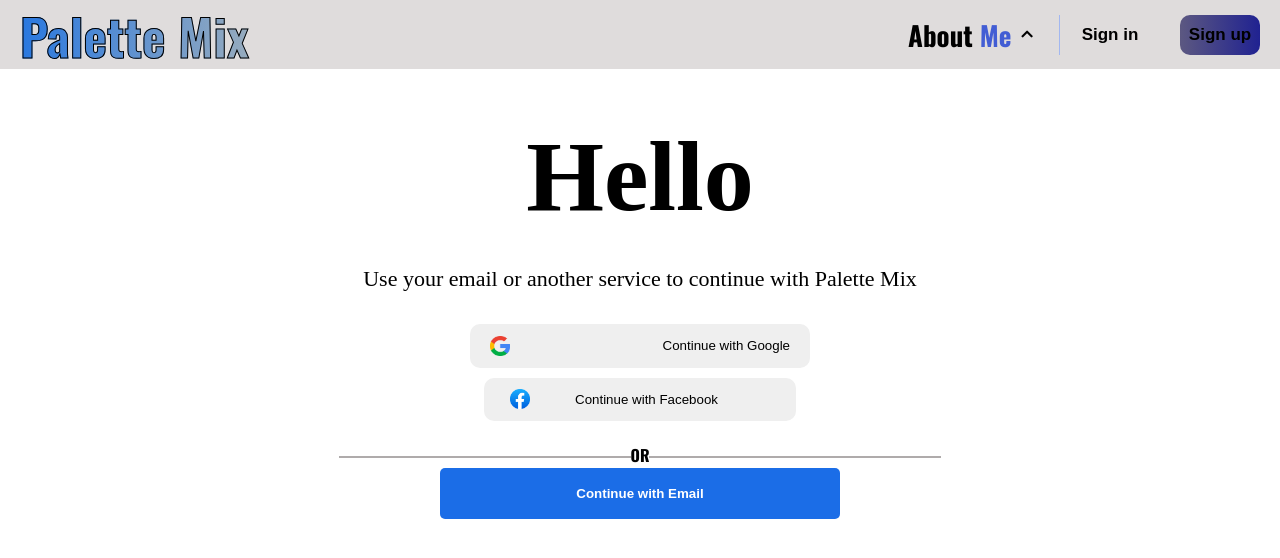
Repository: dmpelaez/Login-Signup-form
Page: Color/colorHeader.html
The author's editor kept a copy of each file at every save. The page is drawn from the files as they stood at one save, then again after the next save.
The browser window is 1280 px wide. The pictures show the window.
A layer covers the whole window, so only the first screen is drawn. Some web libraries are served in a nearby version.

Above is the page before, as saved 2025-12-13 07:55:54.

### Color/colorHeader.html
<!DOCTYPE html>

  <html lang="en" dir="ltr">

    <head>

      <title>Palette Mix</title>
      <!--Style-->
      <link rel="stylesheet" href="colorHeader.css">
      <link rel="stylesheet" href="colorMain.css">
      <link rel="stylesheet" href="https://cdnjs.cloudflare.com/ajax/libs/font-awesome/5.14.0/css/all.min.css">
    </head>
    <body>

      <header class="color-header">
        <!--Title-->
        <a href="colorHeader.html">
          <section id="title" class="color-title">
            Palette Mix
          </section>
        </a>

        <!--End-->

        <!--Right side navigation bar-->
        <section class="navigation-bar">

          <!--About me-->
          <button class="about-me">
           <span class="aboutme">About <span class="me-text">Me</span></span>
           <i class="fas fa-chevron-up"></i>

          </button>

          <!--Login & Signup form-->
          <div class="signin-signup">
            <button class="sign-in">
              Sign in
            </button>
            <button class="sign-up">
              Sign up
            </button>
          </div>
        </section>
        <!--End-->
        <div class="aboutmeSection">
          <div class="sectionAboutme">

            <img class="imageofme" alt="Creator Image" src="WIN_20241001_13_05_33_Pro.jpg">
            <P class="gd">Good day!</P>
            <p class="introduction">
              I am Delmar Galibo Pelaez, 19 years old from Manila, Philippines.
              I am a self-taught programmer who decided to study HTML, CSS and JavaScript to become
              a web developer and I'm hoping to thrive and learn more about on this field to create and serve to others.
            </p>

          </div>

          <div class="aboutThisProject">
            <h2 class="info-project">Palette Mix</h2>
            <p class="infoPalette">
              This project is only created for fun and to challenge myself to create different projects so as to improve skills in web development.
              The creation of Palette Mix started when I'm searching for a project to do because I always hear other programmers that to improve quickly and effieciently --
              you need to create your own projects. Palette Mix is about generating different colors that can be use to mix and create a great layout design for a websites!
            </p>
          </div>

          <div class="connectSection">
            <div class="contacts">
              <h2 class="connect-text">Connect:</h2>
              <a class="githubLink" href="https://github.com/dmpelaez" target="_blank">
                 <img class="github" alt="Github" src="download__1_-removebg-preview.png">
              </a>
              <a class="facebook"  href="#" target="_blank">
                <img class="fb"  alt="Facebook" src="facebook-logo (1).png">
              </a>
            </div>

          </div>

        </div>

        <!--Sign in -->

        <div class="signinPage">

          <div class="signinBox">

            <h1 class="hello-text">Hello</h1>
            <p class="email-account">
              Use your email or another service to continue with Palette Mix
            </p>

            <button class="google">
              <div class="google2">
                <img class="googleImage" alt="google" src="google-lens-icon-logo-symbol-free-png-removebg-preview.png">
                <p class="continue-text">Continue with Google</p>
              </div>
            </button>
            <button class="fbbutton">
              <div class="fbSection">
                <Img class="fbImage" alt="fb" src="facebook-logo (1).png">
                <p class="continue-text2">Continue with Facebook</p>
              </div>
            </button>
            <div class="line"></div>
            <p class="or-text">OR</p>

            <button class="continueEmail">Continue with Email</button>
          </div>

        </div>


      </header>

      <main class="mainpage">

        <!--Main page-->
        <div class="main-page">

          <section class="title1">

            <h1 class="intro">Your color palettes generator!</h1>

            <h3 class="little-info">Create the perfect palette and get inspired by thousands of beautiful color schemes.</h3>
            <div class="sliding">
              <div class="colors">
              </div>
              <div class="colors2">
              </div>
              <div class="colors3">
              </div>
               <div class="colors4">
              </div>
            </div>

            <div class="colorSearch">
              <input type="color" class="colorbox">
              <Input type="text"  class="textbox">
              <img class="brush" src="brush.png">
              <img class="plate" src="plate.png">
              <img class="board" src="board.png">
                <div class="comment-section">
                  <h3 class="comment-text">Comment Here!</h3>
                  <ul class="comment-list"></ul>
                  <textarea class="comment-input" placeholder="Add Comment here..."></textarea>
                </div>
              </img>

            </div>

            <button class="generator">
              <i class="fas fa-palette"></i>
              Generate
            </button>
          </section>


        </div>

        <div class="theWhole">
          <div class="paletteText">Palette Mix</div>
          <div class="colorGenerator">
          </div>

          <div class="wholeDesign">
          <i id="leftIcon" class="fas fa-angle-left"></i>
              <div class="divBox">

            <!--Design 1-->


            <div class="divScroll">
              <div  class="div1">
                <div id="randomBox1" class="divpage1">
                  <header id="randomBox2" class="headerDiv1">Header</header>
                  <main  id="randomBox3" class="mainDiv1">
                    <div id="randomBox4" class="asideDiv1">Aside</div>
                    <div id="randomBox5" class="frontDiv1">Main</div>
                  </main>
                  <footer id="randomBox7" class="footerDiv1">Footer</footer>
                </div>
              </div>
              <!--Design 2-->
              <div  class="div2">
                <div id="randomBox1" class="divpage2">
                  <header id="randomBox2" class="headerDiv2">Header</header>
                    <div id="randomBox4" class="asideDiv2">Aside</div>
                    <div id="randomBox5" class="frontDiv2">Main</div>
                  <footer id="randomBox7" class="footerDiv2">Footer</footer>
                </div>
              </div>

              <!--Design 3-->

              <div  class="div3">
                <div id="randomBox1" class="divpage3">
                  <header id="randomBox2" class="headerDiv3">Header</header>
                    <div class="navBar">Navigation</div>
                    <div id="randomBox4" class="asideDiv3">Aside</div>
                    <div id="randomBox4" class="asideDiv32">Aside</div>
                    <div id="randomBox5" class="frontDiv3">Main</div>

                  <footer id="randomBox7" class="footerDiv3">Footer</footer>
                </div>
              </div>

            </div>
          </div>
          <i id="rightIcon"class="fas fa-angle-right"></i>



        </div>

        </div>


      </main>


      <script type="module" src="color.js"></script>

    </body>

  </html>

### Color/colorHeader.css
@import url('https://fonts.googleapis.com/css2?family=Anton&family=Oswald:wght@200..700&family=Poppins:ital,wght@0,100;0,200;0,300;0,400;0,500;0,600;0,700;0,800;0,900;1,100;1,200;1,300;1,400;1,500;1,600;1,700;1,800;1,900&family=Roboto:ital,wght@0,100..900;1,100..900&display=swap');

body {
  margin: 0;
  padding: 0;
}

.color-header {
  display: flex;
  justify-content: space-between;
  align-items: center;
  padding-left: 20px;
  padding-right: 20px;
  background: rgb(223, 220, 220);
  box-sizing: border-box;
  position: fixed;
  right: 0;
  left: 0;
  top: 0;
  height: 70px;
  border-bottom: 1px solid gray;
  z-index: 2;
}
@media (max-width: 670px) {
  .color-header {
    gap: 30px;
  }
}

a {
  text-decoration: none;
  flex-shrink: 0;
}

.color-title {
font-family: "Oswald", sans-serif;
font-weight: bold;
display: flex;
height: 50px;
font-size: 50px;
justify-content: start;
align-items: center;
-webkit-text-stroke: 1px black;
background: linear-gradient(90deg, rgb(41, 120, 224), rgb(150, 171, 190));
-webkit-background-clip: text;
-webkit-text-fill-color: transparent;
transition: all 0.3s ease;
cursor: pointer;
flex-shrink: 0;
}




.navigation-bar {
  display: Flex;
  justify-content: space-between;
  align-items: center;
  gap: 20px;
  height: 50px;
}
.signin-signup {
  display: Flex;
  border-left: 1px solid rgb(162, 183, 240);
  justify-content: space-between;
  align-items: center;
  gap: 30px;
  height: 40px;
  padding-left: 10px;
}

.sign-up {
  height: 40px;
  width: 80px;
  border-radius: 10px;
  border: none;
  background: transparent;
  color: black;
  font-family: arial;
  font-weight: bold;
  font-size: 17px;
  cursor: pointer;
  background: linear-gradient(90deg, rgb(92, 88, 129), rgb(32, 34, 145));
}
.sign-in {
  height: 40px;
  width: 80px;
  border-radius: 10px;
  border: none;
  background: transparent;
  color: black;
  font-family: arial;
  font-weight: bold;
  font-size: 17px;
  cursor: pointer;

}
.sign-in:hover,
.sign-up:hover {
background: linear-gradient(90deg, rgb(92, 88, 129), rgb(32, 34, 145));
  color: white;
}
.about-me {
  display: flex;
  justify-content: space-evenly;
  height: 40px;
  align-items: center;
  background-color: transparent;
  border: none;
  cursor: pointer;
  border-radius: 5px;
  flex-shrink: 0;
}
.about-me:hover {
  color: white;
  background: linear-gradient(90deg, rgb(92, 88, 129), rgb(32, 34, 145));
}
.aboutme {
  font-weight: bold;
  font-size: 27px;
  font-family: "Oswald";

}

.me-text {
  margin-right: 10px;
  color: rgb(66, 93, 212);
}

### Color/colorMain.css
@import url('https://fonts.googleapis.com/css2?family=Anton&family=Luckiest+Guy&family=Oswald:wght@200..700&family=Poppins:ital,wght@0,100;0,200;0,300;0,400;0,500;0,600;0,700;0,800;0,900;1,100;1,200;1,300;1,400;1,500;1,600;1,700;1,800;1,900&family=Roboto:ital,wght@0,100..900;1,100..900&display=swap');

body {
  height: 1580px;
}

.mainpage {
margin-top: 70px;
display: grid;
max-width: 1900px;
flex-shrink: 0;
position: relative;
}



.main-page {

}
.intro {
  font-weight: bold;
  font-size: 95px;
  white-space: wrap;
  font-family: "Oswald";
  flex-shrink: 0;
  display: flex;
  margin: 0px;
}


.aboutmeSection {
  display: grid;
  position: absolute;
  border: 1px solid black;
  background-color: rgb(39, 37, 37);
  left: 0;
  top: 100%;
  right: 0%;
  border-top: none;
  height: 0px;
  opacity: 1;
  justify-content: space-between;
  align-items: center;
  grid-template-columns: 1fr 1fr;
  grid-template-rows: 1fr 100px;
  overflow: hidden;
  transition: height 0.3s ease;
}


.aboutmeSection.btnDown {
  display: grid;
  opacity: 1;
  height: 520px;
  transition: height 0.3s ease;
}


.sectionAboutme {
  display: flex;
  height: 200px;
  justify-content: center;
 align-items: center;
 position: relative;
 gap: 20px;
 padding-left: 40px;
}
.imageofme {
  width: 350px;
  height: 350px;
  object-fit: cover;
  border-radius: 50%;
  display: flex;
}
.introduction {
  width: 350px;
  font-family: "Oswald";
  color: white;
  display: flex;
}
.connectSection {
  grid-column: 1 / 2 span;
  display: flex;
  background: linear-gradient(90deg, rgb(92, 88, 129), rgb(32, 34, 145));
}
.contacts {
  display: flex;
  padding-left: 20px;
  align-items: center;
}
.gd {
  font-weight: bold;
  font-size: 40px;
  white-space: nowrap;
  position: absolute;
  display: flex;
  top: -90px;
  left: 410px;
  color: white;
  font-family: "Oswald";
}

.fb {
  width: 20px;
  display: flex;
  margin-left: 20px;
}
.github {
  width: 45px;
  margin-left: 20px;
  display: flex;
}
.connect-text {
  font-family: "Oswald";
  font-size: 15px;
  display: flex;
}
.info-project {
  color: white;
  font-weight: bold;
  font-family: "Oswald";
  font-size: 40px;
  margin: 0px;
  display: flex;
  margin-right: 120px;
}
.aboutThisProject {
  display: flex;
  flex-direction: column;
  justify-content: center;
  align-items: center;
  margin-bottom: 40px;
}
.infoPalette {
  color: white;
  font-family: "Oswald";
  width: 400px;
  display: flex;
}



.title1 {
  display: flex;
  flex-direction: column;
    width: 100%;
  height: 800px;
  justify-content: start;
  position: relative;
  padding-top: 50px;
  align-items: center;
 background: linear-gradient(90deg, rgb(92, 88, 129), rgb(32, 34, 145));
 transition: background 6s ease;

}


.animate-gradient {
  animation: gradientShift 6s infinite alternate;
}

.little-info {

  font-size: 19px;
  color: rgb(0, 0, 0);
  font-family: "Poppins";
}

.letters {
  display: inline-block;
  margin: 2px;
}

.letters:hover {
  cursor: pointer;
  transition: text-shadow 0.3s ease;

  animation: wiggle 0.2s infinite alternate;
}


@keyframes wiggle {
  from {transform: translateX(0);}
  to {transform: translateX(-10px);}
}
.colors,
.colors2,
.colors3,
.colors4  {
  display: flex;

   width: 500px;
  height: 150px;
  justify-content: center;

   gap: 10px;
}
.colors div,
.colors2 div,
.colors3 div,
.colors4 div {
  display: Flex;
  height: 145px;
  flex-direction: row;
  width: 200px;
  justify-content: center;
}
.box {
  display: Flex;
  align-items: center;
  justify-content: center;
  font-weight: bold;
  font-size: 19px;
  text-transform: uppercase;
  cursor: pointer;

  border-radius: 10px;
}
.sliding {

  height: 250px;
 position: relative;
 overflow: hidden;
 margin-bottom: 20px;
}
.colors,
.colors2,
.colors3,
.colors4 {
  animation: scrollUp 6s linear infinite;

}


@keyframes scrollUp {
  0%   { transform: translateY(0); }
  25%   { transform: translateY(-50%); }
  50%   { transform: translateY(-100%); }
  75%   { transform: translateY(-150%); }
  100% { transform: translateY(-205%); }
}

.colorSearch {
  display: Flex;
  position: relative;
}
.brush {
  position: absolute;
  width: 300px;
  object-fit: cover;
  z-index: 1;
  top: -250px;
  right: -580px;
  pointer-events: none;
}
.plate {
  position: absolute;
  width: 200px;
  left: -350px;
  top: -70px;


}
.board {
  position: absolute;
  width: 600px;
  top: -330px;
  left: 230px;
  pointer-events: none;
}

.comment-section {
  position: absolute;
  right: -394px;
  bottom: -20%;
  display: flex;
  flex-direction: column;
  height: 250px;
  justify-content: end;
  text-align: center;

}
.comment-list {
position: absolute;
bottom: 10%;
display: flex;
align-items: left;
justify-content: start;

gap: 10px;
height: 140px;
width: 189px;
padding: 0;
left: -16px;
flex-direction: column;
overflow-y: scroll;
padding-left: 10px;
}
.comment-text {
  margin: 0px;
  Position: absolute;
  top: 45px;
  left: 20px;
  white-space: nowrap;
}
.comment-input {
display: flex;
position: initial;
padding-left: 10px;
text-align: middle;
align-items: center;
justify-content: center;
border-radius: 10px;
outline: none;
}
.comments {
  display: flex;
  justify-content: start;
  text-align: left;
  width: 160px;
  white-space: normal;
  word-wrap: break-word;
  word-break: break-all;
  overflow-wrap: break-word;
  border: 1px solid gray;
  padding: 10px;
  padding-right: 0px;
}


.generator {
  display: flex;
  background: blue;
  border: none;
  border-radius: 50px;
  height: 50px;
  align-items: center;
  justify-content: center;
  margin-top: 20px;
  width: 200px;
  font-family: "Oswald";
  font-size: 20px;
  color: white;
  cursor: pointer;
}
.generator i {
  margin-right: 10px;
}

.colorGenerator {
  display: flex;


  height: 200px;
  width: 100%;
  align-self: center;
 justify-self: center;
 align-items: center;
 justify-content: center;
 gap: 10px;

}
.generateColor {
  display: flex;
  border-width: 1px;
  border-radius: solid;
  width: 200px;
  height: 100px;
  justify-content: center;
  align-items: center;
  cursor: pointer;
  color: black;
}

.paletteText {
  font-weight: bold;
  font-family: "Oswald";
  font-size: 60px;
  position: absolute;
  left: 42%;
  top: 0;
  right: 50%;
  white-space: nowrap;
  top: 10px;

}

.theWhole {
  height: 100vh;
  display: flex;
  flex-direction: column;
  justify-content: center;
  align-items: center;
  position: relative;
 background: linear-gradient(90deg, rgb(92, 88, 129), rgb(32, 34, 145));
}

.divBox {
  border: 1px solid black;
  height: 400px;
  width: 600px;
  display: flex;
  align-items: center;
  justify-content: center;
  align-self: center;
  justify-self: center;
  gap: 20px;
  background-color: white;
  overflow-x: auto;
  scroll-behavior: smooth;
  position: relative;
}
.divBox::-webkit-scrollbar {
  display: none;
}
.wholeDesign {
  display: flex;
  justify-content: center;
  align-items: center;
  margin-bottom: 20px;
}


.divBox i {
  cursor: pointer;
  margin-right: 10px;
  margin-left: 10px;

}

.divScroll {
  display: flex;
  justify-content: space-evenly;
  height: 90%;
  min-width: 90%;
  position: absolute;
  left: 20px;
  background-color: white;
  gap: 30px;

}

.div1{
  display: grid;
  border: 1px solid black;
  min-height: 90%;
  width: 550px;
  flex-direction: column;
  z-index: 1;


}


.div2 {
 display: grid;
  border: 1px solid black;
  min-height: 90%;
  width: 550px;
  flex-direction: column;
  z-index: 1;

}
.div3 {
  display: grid;
  border: 1px solid black;
  min-height: 90%;
  width: 550px;
  flex-direction: column;
  z-index: 1;
  margin-right: 20px;

}





.divpage1 {
  display: flex;
   z-index: 2;
   flex-direction: column;
  height: 100%;
  min-width: 100%;
  justify-content: space-between;
  align-items: center;

}

.headerDiv1 {
  display: flex;
  align-items: center;
  justify-content: center;
  height: 40px;
  border: 1px solid black;
  min-width: 95%;
  margin-top: 5px;
  z-index: 2;
  background-color: white;
}
.mainDiv1{
  display: flex;
   z-index: 2;
  height: 70%;
  min-width: 95%;
  justify-content: space-between;

}
.footerDiv1 {
  display: flex;
  border: 1px solid black;
  min-width: 95%;
  justify-content: center;
  height: 10%;
  align-items: center;
  margin-bottom: 5px;
    z-index: 2;
    background-color: white;
}
.asideDiv1 {
  border: 1px solid black;
  min-width: 30%;
  display: flex;
  align-items: center;
  justify-content: center;
  z-index: 2;
  background-color: white;
}
.frontDiv1 {
  display: flex;
  border: 1px solid black;
  min-width: 65%;
  justify-content: center;
  align-items: center;
  z-index: 2;
  background-color: white;
}





.divpage2 {
  display: grid;
grid-template-columns: 150px 1fr 1fr 1fr;
grid-template-rows: 150px 1fr 1fr 1fr;
row-gap: 10px;
column-gap: 10px;
margin: 10px;
}
.headerDiv2 {
  grid-row: 1 / 3 span;
  display: flex;
  justify-content: center;
  align-items: center;
  border: 1px solid black;
  background-color: white;
}

.footerDiv2 {
  grid-row: 4 / 1 span;
  grid-column: 4 span;
  display: flex;
  justify-content: center;
  align-items: center;
  border: 1px solid black;
  background-color: white;
}


.frontDiv2 {
grid-column: 2 / 3 span;
grid-row: 1 / 2 span;
display: flex;
justify-content: center;
align-items: center;
border: 1px solid black;
background-color: white;
}
.asideDiv2 {
  grid-column: 2 / 3 span;
  display: flex;
  justify-content: center;
  align-items: center;
  border: 1px solid black;
  background-color: white;
}




.divpage3 {
  display: grid;
  grid-template-columns: 150px 1fr 150px;
  grid-template-rows: 50px 40px 1fr 1fr 40px;
  row-gap: 10px;
  column-gap: 10px;
  margin: 10px;

}
.headerDiv3 {
  grid-column: 1 / 3 span;
  display: flex;
  justify-content: center;
  align-items: center;
  border: 1px solid black;
  background-color: white;
}
.navBar {
  grid-column: 1 / 3 span;
  display: flex;
  justify-content: center;
  align-items: center;
  border: 1px solid black;
background-color: white;
}
.asideDiv3 {
  display: flex;
  border: 1px solid black;
  justify-content: center;
  align-items: center;
background-color: white;
}
.asideDiv32 {
  display: Flex;
  border: 1px black solid;
  grid-row: 4;
  justify-content: center;
  align-items: center;
  background-color: white;
}
.frontDiv3 {
  display: flex;
  justify-content: center;
  align-items: center;
  border: 1px solid black;
  grid-row: 3 / 2 span;
  grid-column: 2 / 2 span;
  background-color: white;
}
.footerDiv3 {
  display: Flex;
  align-items: center;
  justify-content: center;
  border: 1px solid black;
  grid-column: 1 / 3 span;
  background-color: white;
}




#leftIcon {
  cursor: pointer;
  color: white;
  margin-right: 20px;
  padding: 20px;
}
#rightIcon {
  cursor: pointer;
  margin-left: 20px;
  padding: 20px;
 color: white;
}


.signinPage {
  position: absolute;
  top: 100%;
  height: 100vh;
  left: 0;
  right: 0;
  background: white;
  display: grid;
  justify-content: center;
  padding-top: 50px;
 align-items: start;
}

.signinBox {
  display: flex;
  flex-direction: column;
  width: 600px;
  height: 400px;
  justify-content: center;
  align-items: center;
  gap: 10px;
  position: relative;
}
.google {
  display: flex;
  flex-direction: row;
  padding-left: 20px;
  padding-right: 20px;
  border-radius: 10px;
  border: none;
  align-items: center;
  justify-content: start;
    cursor: pointer;
}
.google2 {
  display: flex;
  align-items: center;
 width: 300px;
 justify-content: start;
}
.continue-text {
justify-content: space-between;
}
.hello-text {
  display: inline-block;
  margin: 0px;
  font-size: 100px;
}
.email-account {
  font-size: 22px;

}
.fbbutton {
  display: flex;
  border-radius: 10px;
  border: none;
  cursor: pointer;

}
.fbSection {
  display: Flex;
  align-items: center;
  justify-content: start;
  width: 300px;

}
.line {
  display: flex;
  border: 1px solid rgb(175, 171, 171);
  height: 0px;
  align-self: center;
  background-color: white;
  width: 600px;
  justify-self: center;
  margin-top: 25px;
}
.or-text {
  position: absolute;
  bottom: 9%;
  background-color: white;
  padding: 0px;
  font-family: "Oswald";
  font-weight: bold;

}
.continueEmail {

  width: 400px;
  border-radius: 5px;
  border: none;
  display: flex;
  align-items: center;
  justify-content: center;
  height: 300px;
  cursor: pointer;
  color: white;
  background-color: rgb(27, 109, 231);
  font-weight: bold;
}
.fbImage {
  width: 20px;
   justify-content: flex-start;
   padding-left: 20px;
   padding-right: 45px;
}
.googleImage {
  width: 20px;
  margin-right: auto;
}

Loaded but not shown: Color/color.js (475 lines, source omitted)

After the next save:
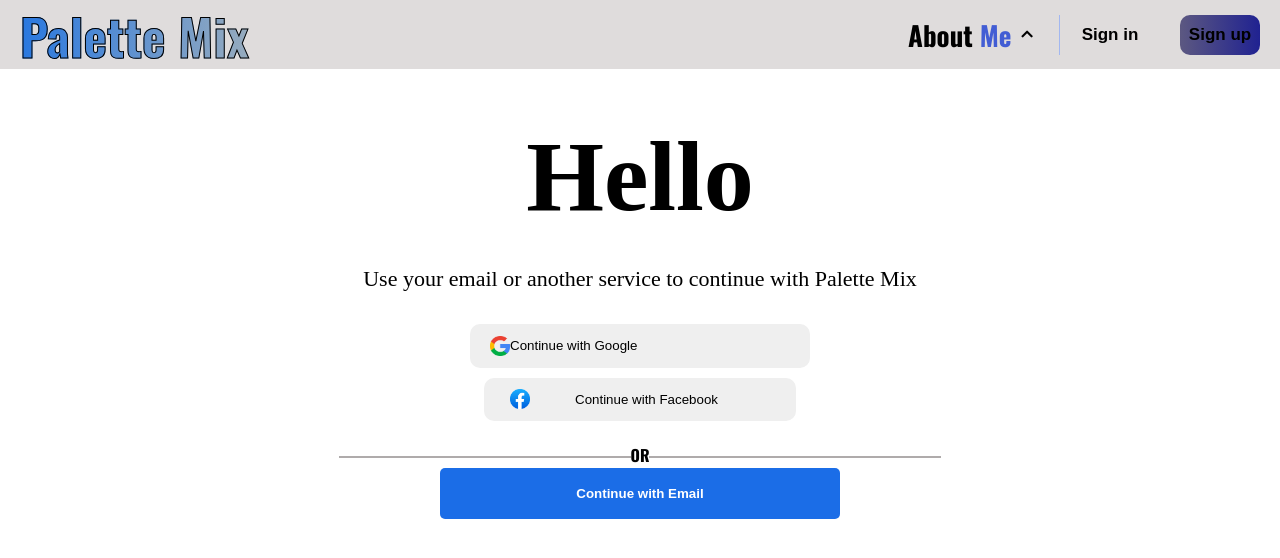
Saved 19 s later.
--- a/Color/colorMain.css
+++ b/Color/colorMain.css
@@ -771,5 +771,5 @@ justify-content: space-between;
 }
 .googleImage {
   width: 20px;
-  margin-right: auto;
-}
+
+}
